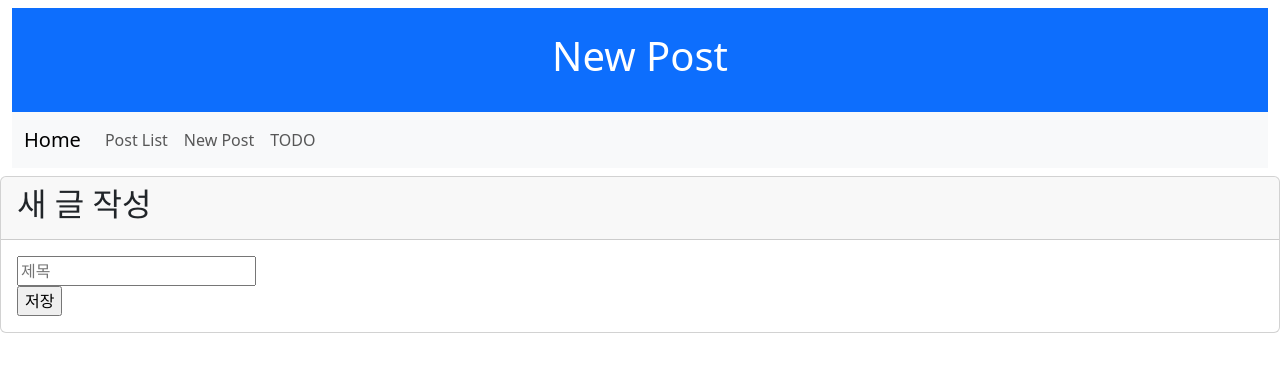
Repository: ldj0905/javaproject
Page: http://localhost/lab05_jsp/post/create
These files come from the project's save history. The page is drawn as it stood at one moment and after the next save; the edit follows.
The browser window is 1280 px wide. The pictures show the whole page.
The page is served by Tomcat 10. Other server files are loaded and not shown.

Above is the page before, as saved 2024-05-29 02:45:07.

### lab05_jsp/src/main/webapp/WEB-INF/views/post/create.jsp
<%@ page language="java" contentType="text/html; charset=UTF-8"
    pageEncoding="UTF-8" trimDirectiveWhitespaces="true"%>
<%@ taglib prefix="c" uri="jakarta.tags.core" %>
<!DOCTYPE html>
<html>
<head>
    <meta charset="UTF-8">
    <meta name="viewport" content="width=device-width, initial-scale=1">
    <title>Insert title here</title>
    <link href="https://cdn.jsdelivr.net/npm/bootstrap@5.3.3/dist/css/bootstrap.min.css"
     rel="stylesheet"
     integrity="sha384-QWTKZyjpPEjISv5WaRU9OFeRpok6YctnYmDr5pNlyT2bRjXh0JMhjY6hW+ALEwIH"
     crossorigin="anonymous">
</head>
<body>
    <div class = "container-fluid">
        <c:set var ="pageTitle" value = "New Post" scope = "page"/> <!-- 변수를 선언하겠다 ! -->
        <%@ include file = "../fragments/header.jspf" %> <!-- 헤더 jspf포함시키기 -->
    </div>
    <main>
        <div class = "mt-2 card">
            <div class = "card-header">
                <h2>새 글 작성</h2>
            </div>
            <div class="card-body">
                <c:url var = "newPostPage" value="/post/create" />
                <form method="post" action ="${newPostPage}"></form> <!-- 왜 포스트 방식으로보냄 -->
                    <div>
                        <input type ="text" name="title" placeholder="제목"/>
                    </div>
                    <div>
                        <input type = "submit" value="저장"/>
                    </div>
            </div>
        </div>
    </main>
    <script src="https://cdn.jsdelivr.net/npm/bootstrap@5.3.3/dist/js/bootstrap.bundle.min.js"
    integrity="sha384-YvpcrYf0tY3lHB60NNkmXc5s9fDVZLESaAA55NDzOxhy9GkcIdslK1eN7N6jIeHz"
    crossorigin="anonymous"></script>
</body>
</html>

### lab05_jsp/src/main/webapp/WEB-INF/views/fragments/header.jspf
<%@ page language="java" contentType="text/html; charset=UTF-8"
    pageEncoding="UTF-8" trimDirectiveWhitespaces="true"%>
<%@ taglib prefix="c" uri="jakarta.tags.core" %>

<header class="mt-2 p-4 bg-primary text-white text-center">
    <h1>${pageTitle}</h1>
</header>

<nav class="navbar navbar-expand-lg bg-body-tertiary">
    <div class="container-fluid">
        <c:url var="homePage" value="/" />
        <a class="navbar-brand" href="${homePage}">Home</a>
        <button class="navbar-toggler" type="button"
            data-bs-toggle="collapse" data-bs-target="#navbarNav"
            aria-controls="navbarNav" aria-expanded="false"
            aria-label="Toggle navigation">
            <span class="navbar-toggler-icon"></span>
        </button>
        <div class="collapse navbar-collapse" id="navbarNav">
            <ul class="navbar-nav">
                <li class="nav-item">
                    <c:url var="postListPage" value="/post/list" />
                    <a class="nav-link" href="${postListPage}">Post List</a>
                </li>
                <li class="nav-item">
                    <c:url var="newPostPage" value="/post/create" />
                    <a class="nav-link" href="${newPostPage}">New Post</a>
                </li>
                <li class="nav-item">
                    <a class="nav-link" href="#">TODO</a>
                </li>
            </ul>
        </div>
    </div>
</nav>

### lab05_jsp/src/main/java/com/itwill/lab05/web/PostCreateController.java
package com.itwill.lab05.web;

import java.io.IOException;

import org.slf4j.Logger;
import org.slf4j.LoggerFactory;

import jakarta.servlet.ServletException;
import jakarta.servlet.annotation.WebServlet;
import jakarta.servlet.http.HttpServlet;
import jakarta.servlet.http.HttpServletRequest;
import jakarta.servlet.http.HttpServletResponse;
//HttpServlet 상속받기
@WebServlet(name = "PostCreateController",urlPatterns = {"/post/create"}) // <<< 얘 왜하는건지 생각좀 해보기
public class PostCreateController extends HttpServlet{
	private static final long serialVersionUID = 1L;

	private static final Logger log = LoggerFactory.getLogger(PostCreateController.class); // 얘는 왜 쓰는거고 클래스이름은 왜넣는지


	//링크를 클릭해서 들어오는거는 GET방식임
	@Override
	protected void doGet(HttpServletRequest req, HttpServletResponse resp) throws ServletException, IOException {
		log.debug("doGet()");
		//TODO 새 글을 작성할 수있는 폼(양식)을 작성하는 뷰(JSP)로 이동 시켜주는 역할.
		//JSP로 이동시키는이유 -> 귀찮아서
		req.getRequestDispatcher("/WEB-INF/views/post/create.jsp").forward(req, resp); //주소 왜 WEB-INF 부터 ?
	}



}

After the next save:
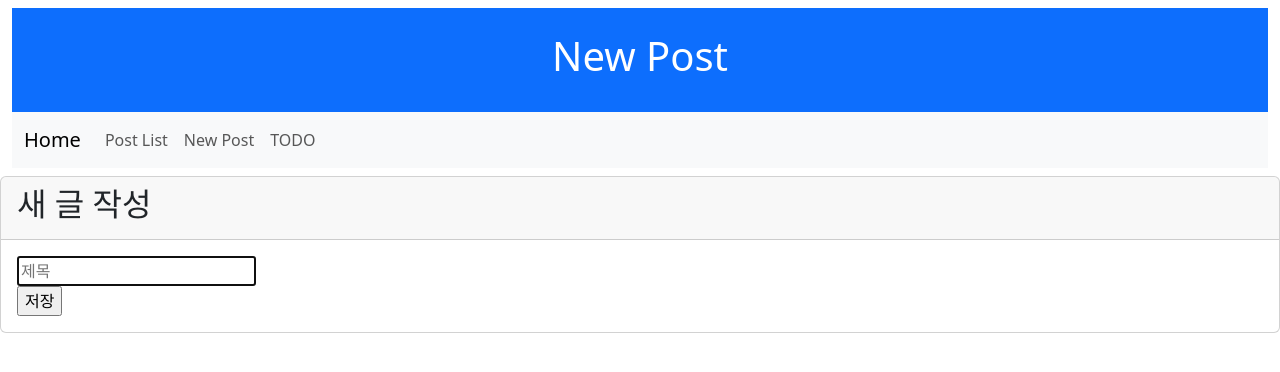
Saved 16 s later.
--- a/lab05_jsp/src/main/webapp/WEB-INF/views/post/create.jsp
+++ b/lab05_jsp/src/main/webapp/WEB-INF/views/post/create.jsp
@@ -26,7 +26,8 @@
                 <c:url var = "newPostPage" value="/post/create" />
                 <form method="post" action ="${newPostPage}"></form> <!-- 왜 포스트 방식으로보냄 -->
                     <div>
-                        <input type ="text" name="title" placeholder="제목"/>
+                        <input type ="text" name="title" placeholder="제목"
+                            required autofocus/>
                     </div>
                     <div>
                         <input type = "submit" value="저장"/>
